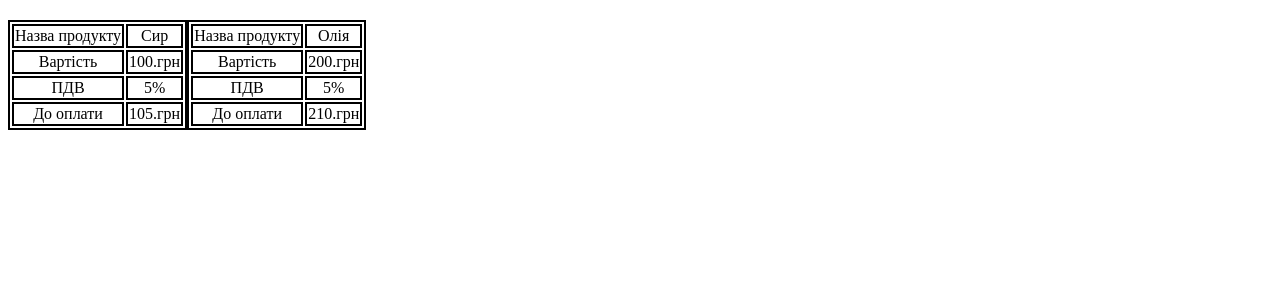
Repository: AnatoliyZaporozhets/HomeTask
Page: / (app in HomeWork_1/)
These files come from the project's save history. The page is drawn as it stood at one moment and after the next save; the edit follows.
The browser window is 1280 px wide. The pictures show the whole page.
The project was rebuilt for these pictures with package versions that can differ from the ones it lists, and the page was loaded fresh each time.

Above is the page before, as saved 2022-04-08 16:26:05.

After the next save:
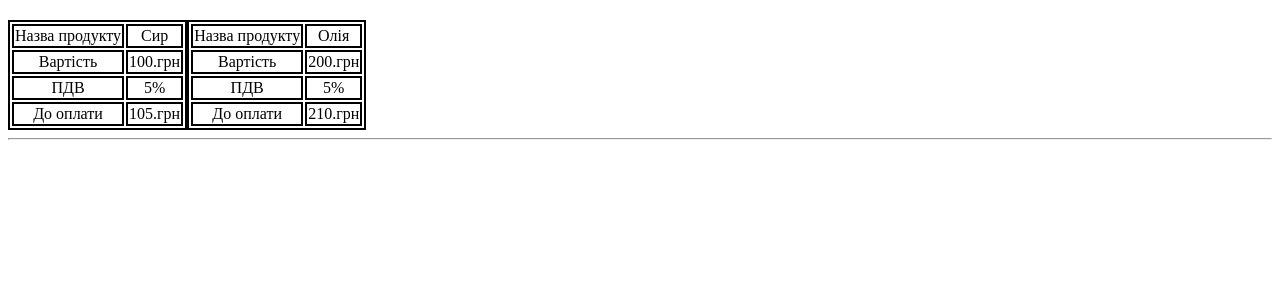
Saved 5 h 33 min later.
--- a/HomeWork_1/src/App.vue
+++ b/HomeWork_1/src/App.vue
@@ -3,6 +3,7 @@
     <!-- <img alt="Vue logo" src="./assets/logo.png" /> -->
     <!-- 3. Використовуємо -->
     <products-list :product-list-data="listData" />
+    <hr>
   </div>
 </template>
 
